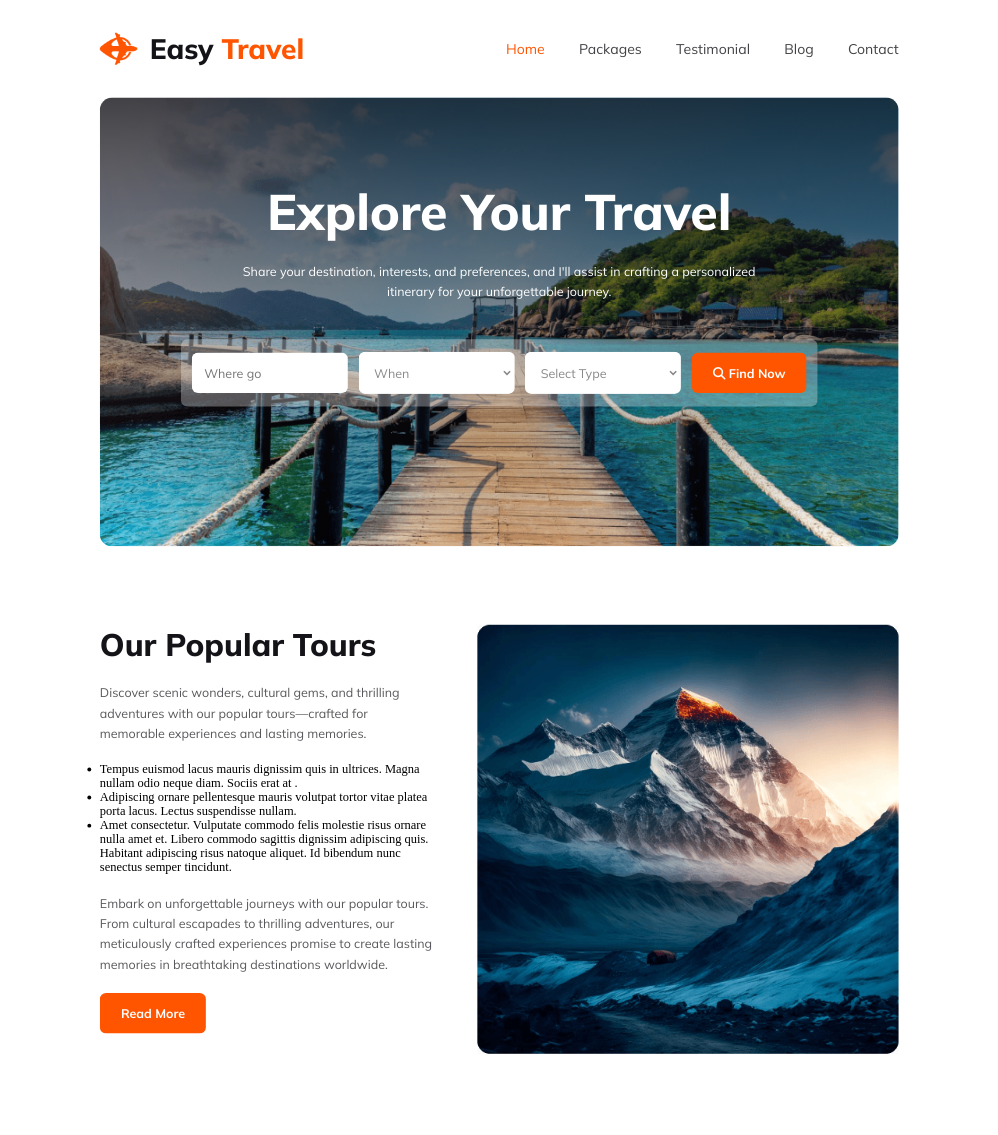
Repository: ShouravAhammed/Assignment-2
Page: index.html
The author's editor kept a copy of each file at every save. The page is drawn from the files as they stood at one save, then again after the next save.
The browser window is 1280 px wide. The pictures show the whole page, at 78% of full size.
Some web libraries are served in a nearby version.

Above is the page before, as saved 2024-01-16 04:48:43.

After the next save:
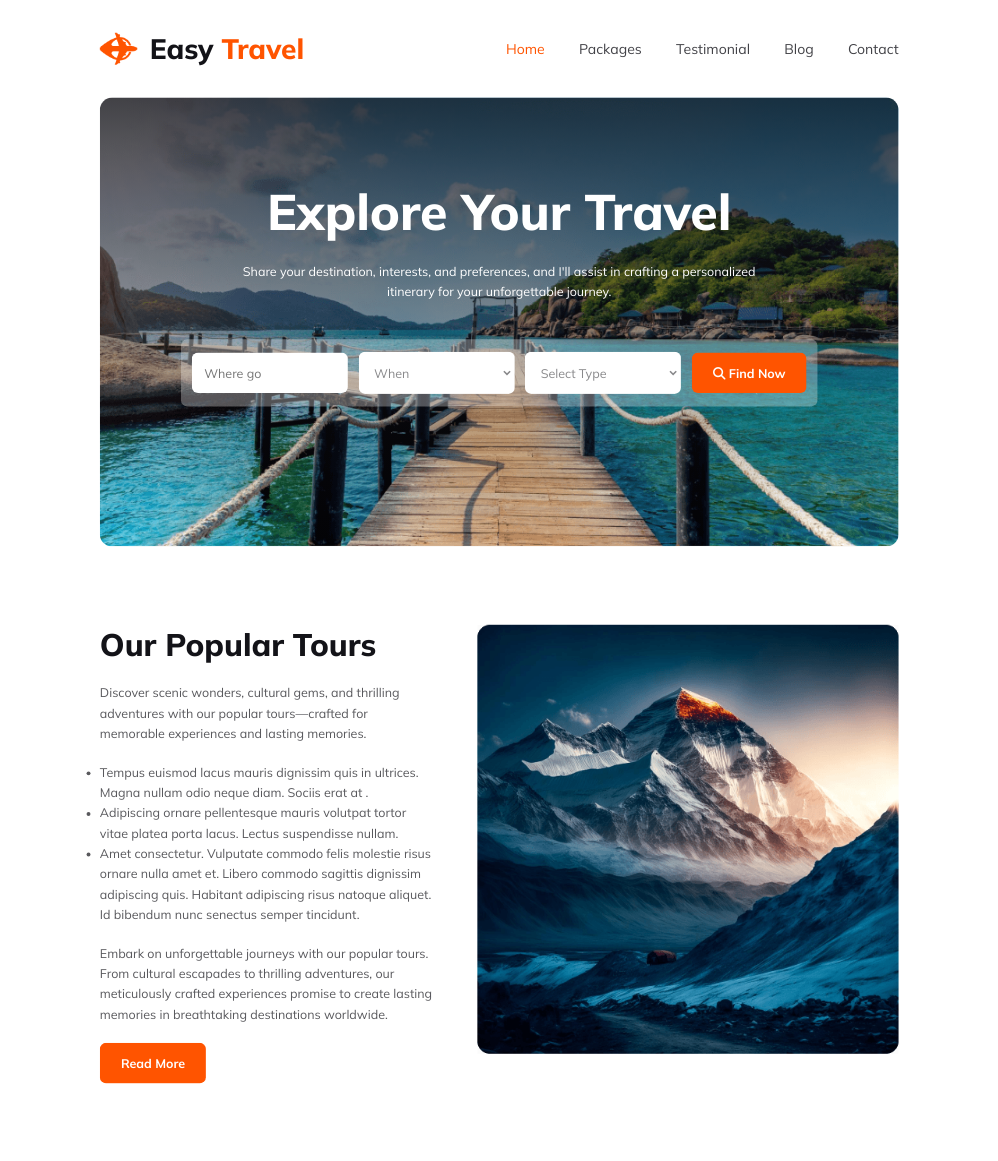
Saved 2 min 3 s later.
--- a/styles/style.css
+++ b/styles/style.css
@@ -181,6 +181,13 @@
     font-weight: 400;
     line-height: 26px;
     margin: 24px 0;
+}
+.tour-list > li{
+    color: rgba(19, 19, 24, 0.70);
+    font-family: Mulish;
+    font-size: 1rem;
+    font-weight: 400;
+    line-height: 26px;
 }
 
 
